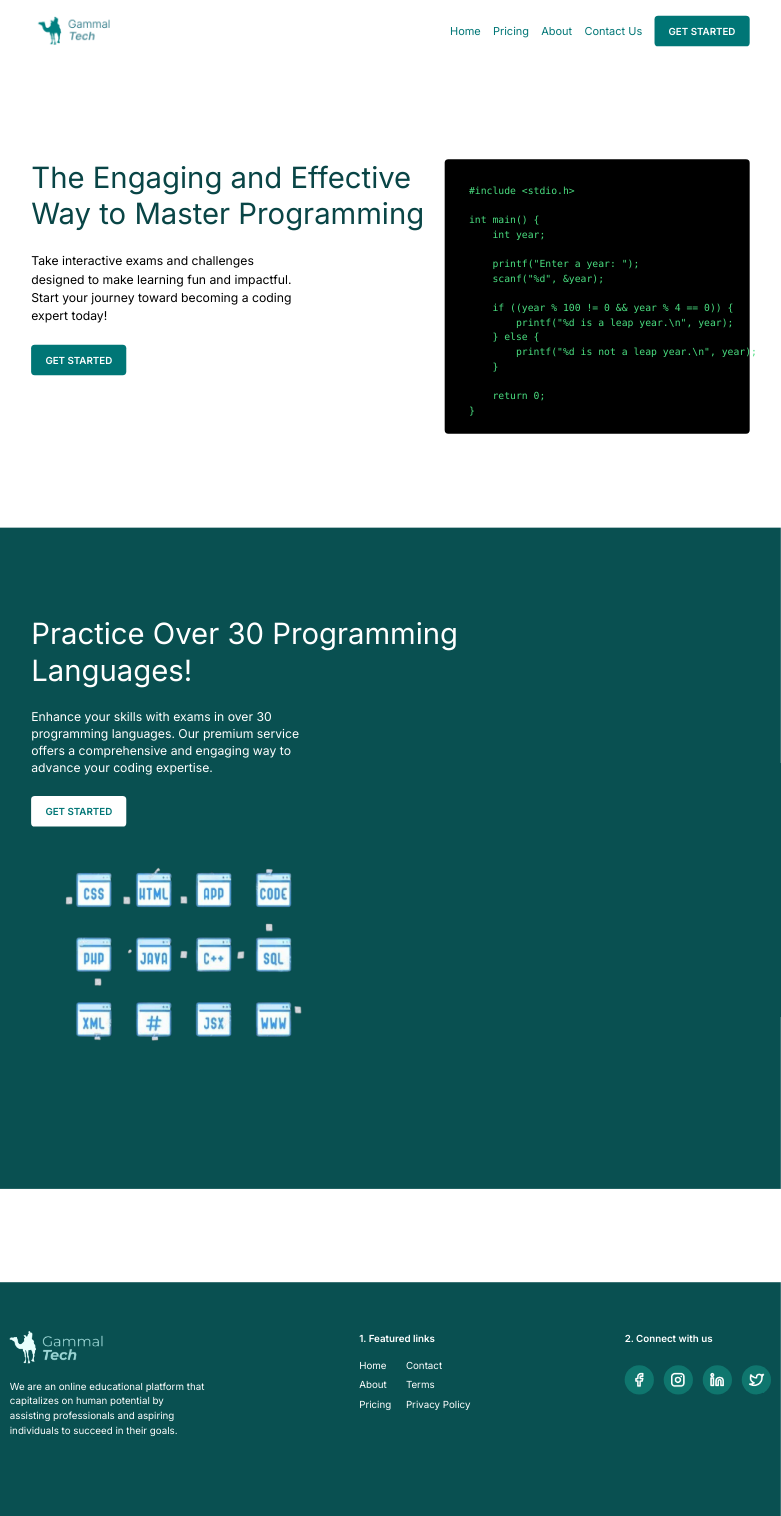
Repository: Ahmed77669/Internship-test
Page: /
The author's editor kept a copy of each file at every save. The page is drawn from the files as they stood at one save, then again after the next save.
The browser window is 1280 px wide. The pictures show the whole page, at 61% of full size.
The project was rebuilt for these pictures with package versions that can differ from the ones it lists, and the page was loaded fresh each time. The framework's server and built-in components were replaced by stand-ins that run in the browser. Also part of the build but not shown: next.config.mjs.

Above is the page before, as saved 2024-10-13 18:31:13.

After the next save:
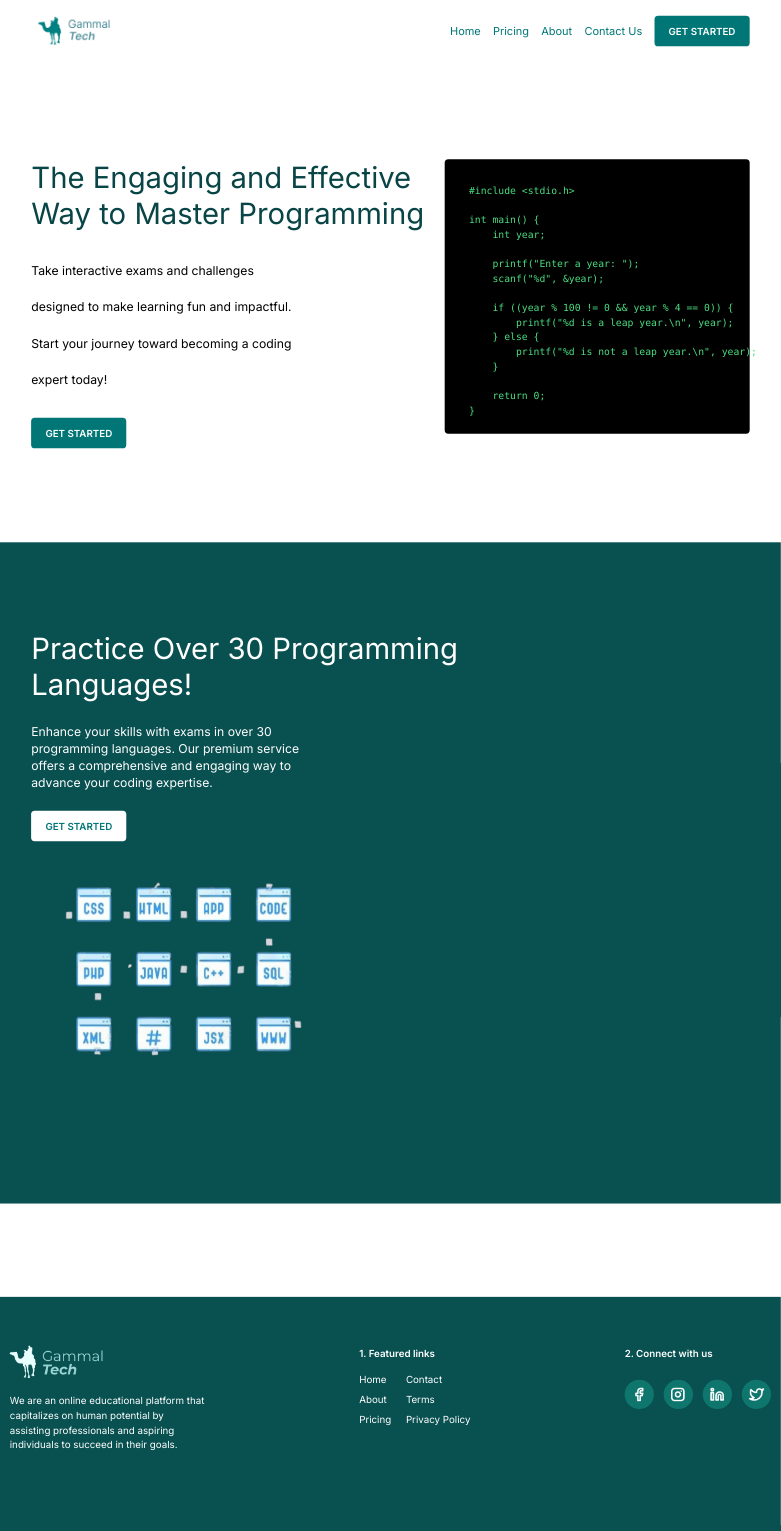
Saved 11 s later.
--- a/components/Home_1.tsx
+++ b/components/Home_1.tsx
@@ -9,7 +9,7 @@
             <div className='w-[660px]'>
                 <div className="text-[#094546] text-5xl w-full leading-[60px]">The Engaging and Effective Way to Master Programming</div>
 
-                    <p className='text-black w-2/3 text-xl mt-8 leading-[30px]'>
+                    <p className='text-black w-2/3 text-xl mt-8 leading-[60px]'>
                     Take interactive exams and challenges designed to make learning fun and impactful. Start your journey toward becoming a coding expert today!
                     </p>
 
